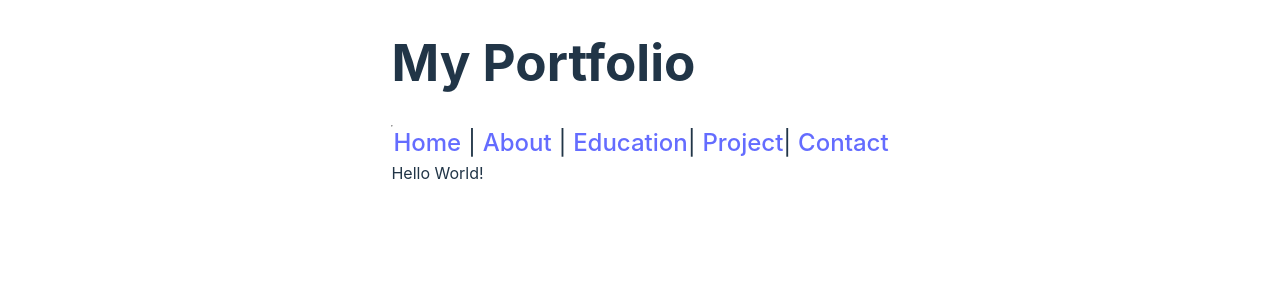
Repository: Eddie000321/portfolio
Page: / (app in client/)
An editor plug-in stored every save of this project. The page is shown before and after the next save, followed by the edit.
The browser window is 1280 px wide. The pictures show the whole page.
The project was rebuilt for these pictures with package versions that can differ from the ones it lists, and the page was loaded fresh each time. Also part of the build but not shown: client/vite.config.js, client/src/about.jsx, client/src/contact.jsx, client/src/education.jsx, client/src/project.jsx.

Above is the page before, as saved 2025-05-10 09:27:26.

After the next save:
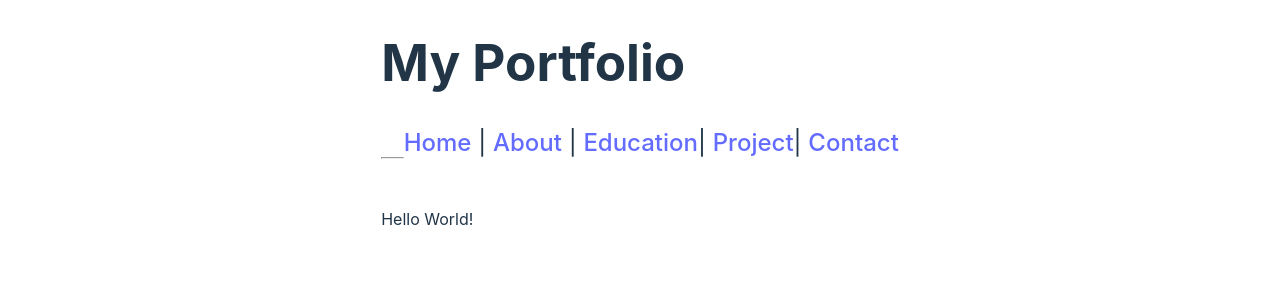
Saved 2 min 36 s later.
--- a/client/components/Layout.jsx
+++ b/client/components/Layout.jsx
@@ -1,16 +1,17 @@
 import React from "react";
 import { Link } from "react-router-dom";
-
 export default function Layout() {
   return (
     <>
-      <h1>My Portfolio</h1>
+            <h1>My Portfolio</h1>     {" "}
       <nav>
-        <Link to="/">Home</Link> | <Link to="/about">About</Link> |{" "}
+                <Link to="/">Home</Link> | <Link to="/about">About</Link> |{" "}
         <Link to="/education">Education</Link>|{" "}
         <Link to="/project">Project</Link>| <Link to="/contact">Contact</Link>
+           {" "}
       </nav>
-      <hr />
+               <br />
+            <hr />         {" "}
     </>
   );
 }
